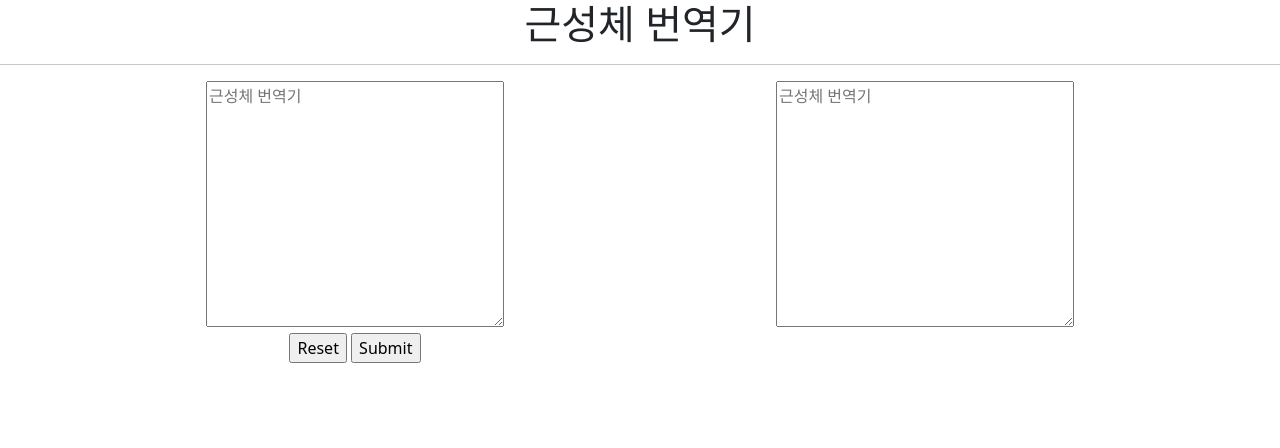
Repository: mickey530/jsp_practice
Page: http://localhost/JSPBasic/sungmo_send.jsp
These files come from the project's save history. The page is drawn as it stood at one moment and after the next save; the edit follows.
The browser window is 1280 px wide. The pictures show the whole page.
The page is served by Tomcat 9.

Above is the page before, as saved 2022-02-03 11:48:56.

After the next save:
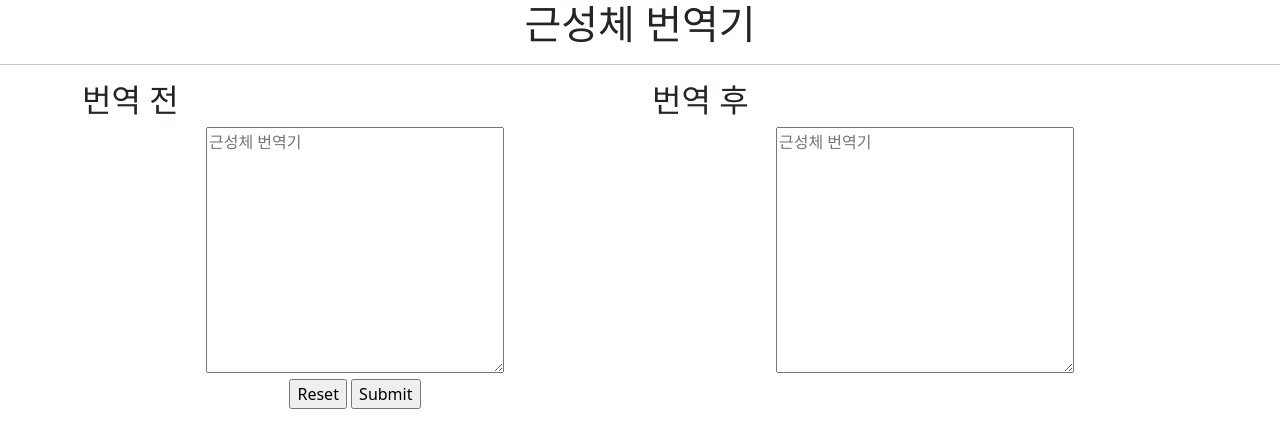
Saved 74 s later.
--- a/JSPBasic/src/main/webapp/sungmo_send.jsp
+++ b/JSPBasic/src/main/webapp/sungmo_send.jsp
@@ -22,6 +22,7 @@
 	<div class="row">
 
 		<div class="col">
+			<h2>번역 전</h2>
 			<form action="sungmo_getpost.jsp" method="get" style="text-align:center">
 				<textarea name="text" placeholder="근성체 번역기" rows="10" cols="30"></textarea><br/>
 				<input type="reset" />
@@ -30,6 +31,7 @@
 		</div>
 
 		<div class="col">
+			<h2>번역 후</h2>
 			<form action="sungmo_getpost.jsp" method="get" style="text-align:center">
 				<textarea name="text" placeholder="근성체 번역기" rows="10" cols="30"></textarea><br/>
 
